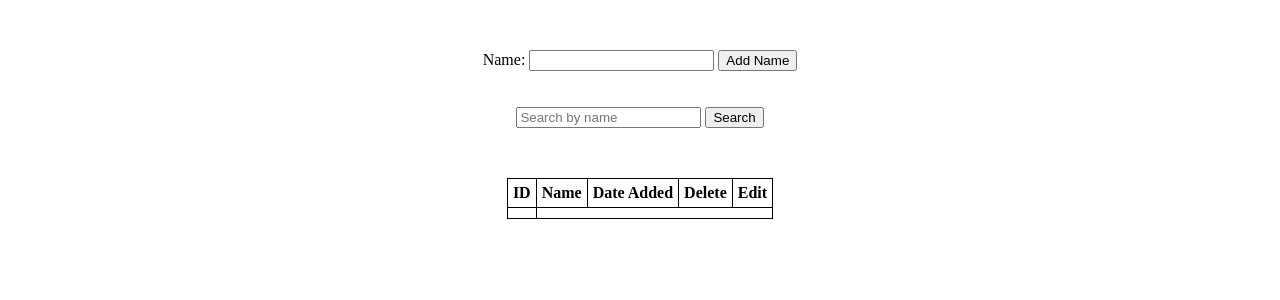
Repository: Theracon/Simple-mysql-node-app
Page: client/index.html
These files come from the project's save history. The page is drawn as it stood at one moment and after the next save; the edit follows.
The browser window is 1280 px wide. The pictures show the whole page.

Above is the page before, as saved 2021-06-04 09:21:39.

After the next save:
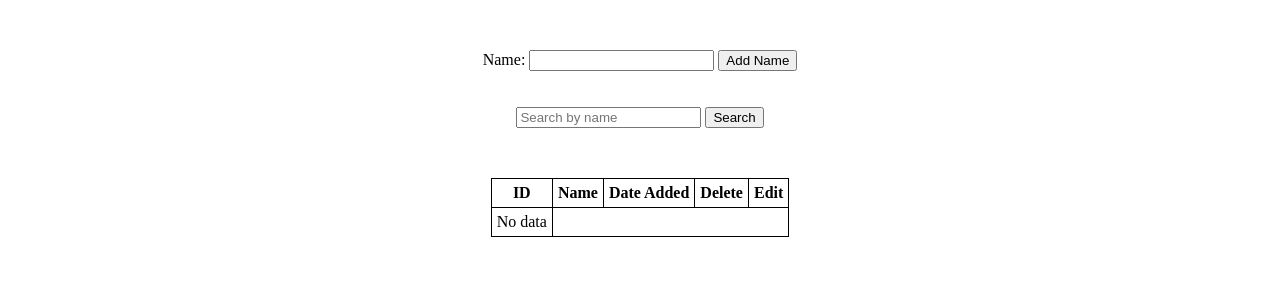
Saved 4 s later.
--- a/client/app.js
+++ b/client/app.js
@@ -7,6 +7,6 @@ function loadHTMLTable(data) {
     let tableHTML = '';
 
     if (data.length === 0) {
-        table.innerHTML = "<tr><td class='no-data' columnSpan: 5></td></tr>";
+        table.innerHTML = "<tr><td class='no-data' columnSpan: 5>No data</td></tr>";
     }
 }
